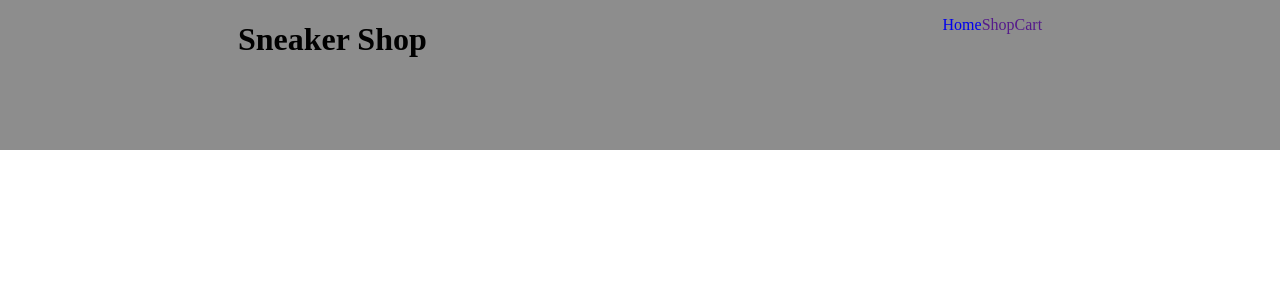
Repository: Siphamandla201/SneakerEcom
Page: products.html
An editor plug-in stored every save of this project. The page is shown before and after a run of saves, followed by the edit.
The browser window is 1280 px wide. The pictures show the whole page.

Above is the page before, as saved 2023-08-17 16:11:31.

### products.html
<!DOCTYPE html>
<html lang="en">
<head>
    <meta charset="UTF-8">
    <meta name="viewport" content="width=device-width, initial-scale=1.0">
    <title>Document</title>
    <style>
        body {
            margin: 0%;
            padding: 0%;
            box-sizing: border-box;
            overflow-x: hidden;
        }

        header {
            height: 150px;
            width: 100vw;
            display: flex;
            justify-content: space-around;
            background-color:#8d8d8d;
            gap: ;

        }

        /* nav {
        } */

        ul {
            width: 40%;
            display: flex;
            justify-content: space-between;
        }

        li {
            list-style: none;
        }

        li a {
            text-decoration: none;
        }

        .sneakers {
            display: flex;
            flex-wrap: wrap;
            justify-content: space-between;
            padding: 0px 50px;
        }

        .sneaker {
            width: 20%;
            height: 350px;
            border: 1px solid #ccc;
            padding: 10px;
            margin: 10px;
        }

        .sneaker img {
            width: 80%;
            height: 261.9px !important;
            display: block;
            margin: 0px auto 10px;
            border: 1px solid black;
        }

        .sneaker h3 {
            font-size: 1.2em;
            margin: 0;
        }

        .sneaker h4 {
            font-size: 1em;
            color:#8d8d8d;
            margin: 0;
        }

        .sneaker p {
            margin: 5px 0;
            font-size: 1.1em;
            font-weight: 600;
        }

    </style>
</head>
<body>
    <header>
        <h1>
            Sneaker Shop
        </h1>
        <nav>
            <ul>
                <li>
                    <a href="./index.html" target="_blank">Home</a>
                </li>
                <li>
                    <a href="" target="_blank">Shop</a>
                </li>
                <li>
                    <a href="" target="_blank">Cart</a>
                </li>
            </ul>
        </nav>
    </header>
    <main>
        <div class="sneakers">
            <!-- SNEAKERS DISPLAYED HERE -->
        </div>
    </main>
    <script src="main.js"></script>
</body>
</html>

### main.js
fetch('./index.php')
.then((res) => res.json())
.then(response => {
    console.log(response);
    let output = '';
    // let sneakerOutput = '';
    for(let i in response) {
        output += `
                    <tr>
                        <td>${response[i].id}</td>
                        <td>${response[i].brand}</td>
                        <td>${response[i].model}</td>
                        <td>$${response[i].price}</td>
                        <td class="del">Delete</td>
                        <td class="edit">Edit</td>
                    </tr>
        `;

        // sneakerOutput += `
        //             <div class="sneaker">
        //                     <img src="${response[i].imageUrl}" alt="${response[i].brand} ${response[i].model}" width="200">
        //                     <h3>${response[i].brand} ${response[i].model}</h3>
        //                     <p>Price: $${response[i].price}</p>
        //             </div>
        // `;
    }

     // For index.html
    if (document.querySelector('tbody')) {
        document.querySelector('tbody').innerHTML = output;
    }

    // For products.html
    if (document.querySelector('.sneakers')) {
        DisplayAllSneakers(response);
    }

}).catch(error => console.error(error));


function DisplayAllSneakers(response) { // Accept the response as a parameter
    // document.querySelector('.sneakers').innerHTML = ''; // Clear any existing content
    let output = '';

    for (let sneaker in response) {
        output += `
            <div class="sneaker">
                <img src="${response[sneaker].imageUrl}" alt="${response[sneaker].brand} ${response[sneaker].model}" width="200">
                <h3>${response[sneaker].model}</h3>
                <h4>${response[sneaker].brand}</h4>
                <p>Price: $${response[sneaker].price}</p>
            </div>
        `;
    }
    document.querySelector('.sneakers').innerHTML = output;
}

After the next 2 saves:
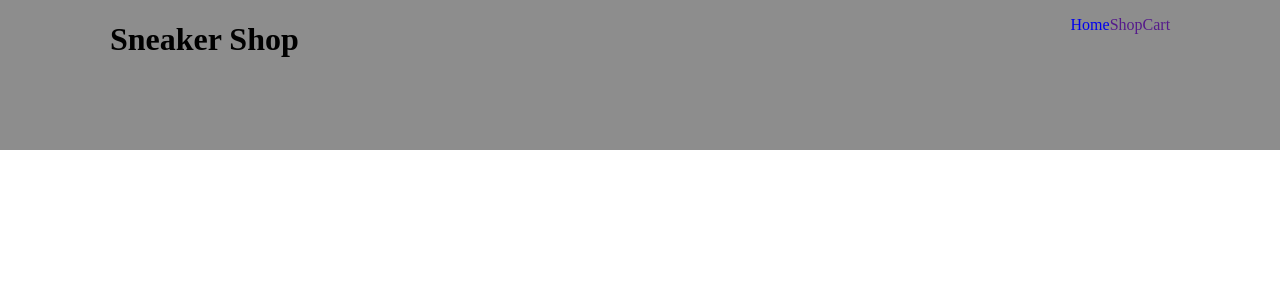
The 2 saves are shown as one change because they came seconds apart.
The last was saved 11 s later.
--- a/products.html
+++ b/products.html
@@ -18,7 +18,7 @@
             display: flex;
             justify-content: space-around;
             background-color:#8d8d8d;
-            gap: ;
+            gap: 40vw;
 
         }
 
